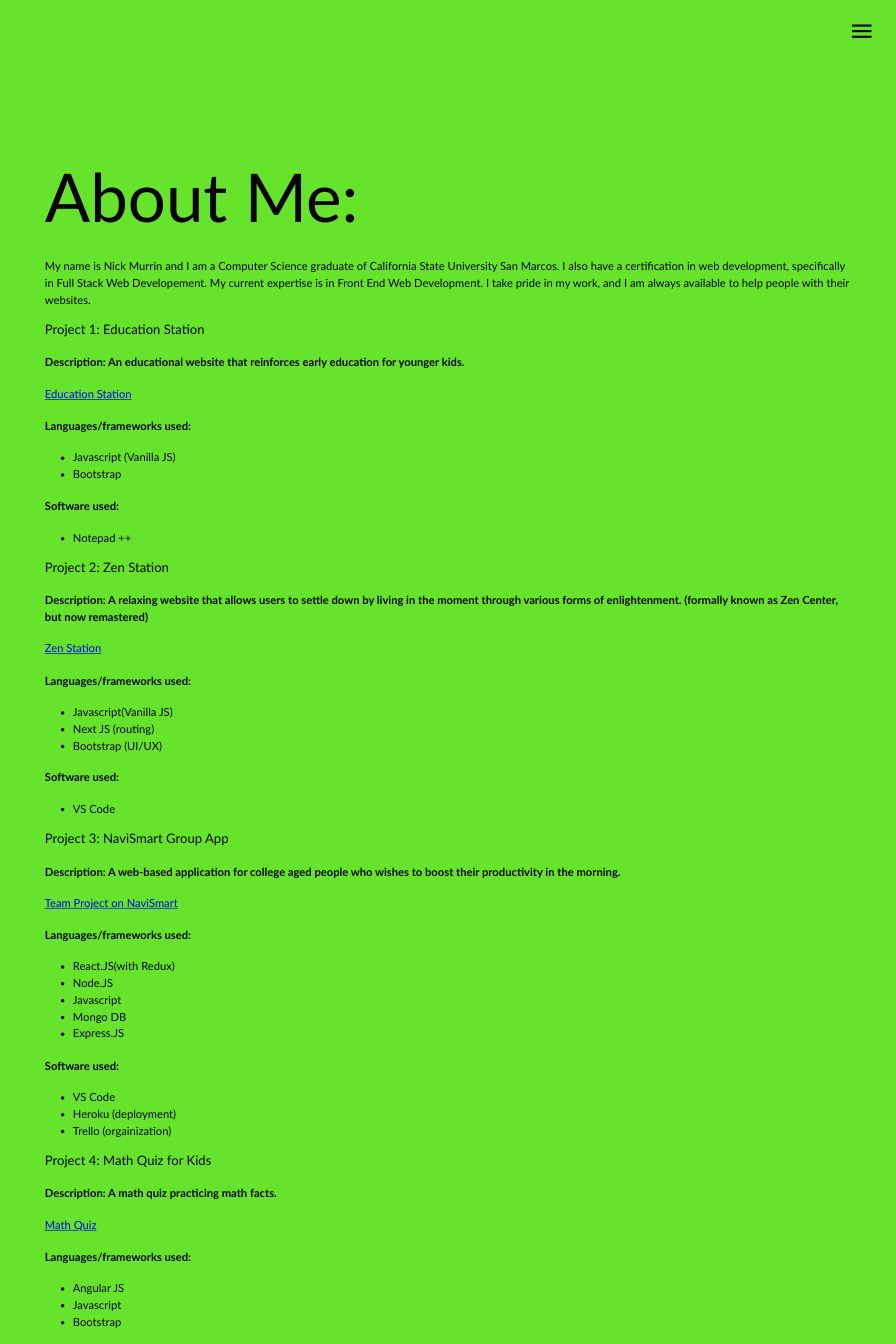
Repository: collegedude9300/modernport
Page: about.html
The author's editor kept a copy of each file at every save. The page is drawn from the files as they stood at one save, then again after the next save.
The browser window is 1280 px wide. The pictures show the part of the page from y = 0 to 1920 px (the page is 3246 px tall before and 3296 px after), at 70% of full size.

Above is the page before, as saved 2023-05-28 14:13:45.

### about.html
<!DOCTYPE html>
<html lang="en">
<head>
  <meta charset="UTF-8">
  <meta name="viewport" content="width=device-width, initial-scale=1.0">
  <meta http-equiv="X-UA-Compatible" content="ie=edge">
  <link rel="stylesheet" href="css/main.css">
  <title>Portfolio</title>
</head>
<body>
<header>
<div class="menu-btn">
<div class="btn-line"></div>
<div class="btn-line"></div>
<div class="btn-line"></div>
</div>

<nav class="menu">
<div class="menu-branding">
<div class="portrait"></div>
</div>

<ul class="menu-nav">
<li class="nav-item">
<a href="index.html" class="nav-link">
Home
</a>
</li>

<li class="nav-item current">
<a href="about.html" class="nav-link">
About Me
</a>
</li>



<li class="nav-item">
<a href="contact.html" class="nav-link">
Contact Me
</a>
</li>
</ul>
</nav>
</header>
<main id="home">

<h1 class="lg-heading">
About Me:
</h1>
    <div class="about-info">
      <div class="bio">
        <p>My name is Nick Murrin and I am a Computer Science graduate of California State University San Marcos.
        I also have a certification in web development, specifically in Full Stack Web Developement.
        My  current expertise is in Front End Web Development.
        I take pride in my  work, and I am always available to help people with their websites.
        </p>
      </div>
      <div class="project1">
        <h3>Project 1: Education Station </h3>
        <h4>Description: An educational website that reinforces early education for younger kids.</h4>
        <a href="https://educationstation.vercel.app/ "/>Education Station </a>
<h4> Languages/frameworks used: </h4>
<ul>
  <li>Javascript (Vanilla JS)</li>
  <li>Bootstrap</li>
</ul>
<h4> Software used: </h4>
<ul>
<li> Notepad ++  </li>
</ul>
      </div>
      <div class="project2">
        <h3>Project 2: Zen Station</h3>
        <h4>Description: A relaxing website that allows users to settle down by living in the moment through various forms of enlightenment.
          (formally known as Zen Center, but now remastered)</h4>
        <a href="https://zenstationnext.vercel.app/"/> Zen Station </a>
<h4> Languages/frameworks used: </h4>
<ul>
  <li>Javascript(Vanilla JS)</li>
  <li>Next JS (routing)</li>
  <li>Bootstrap (UI/UX)</li>
</ul>
<h4> Software used: </h4>
<ul>
<li> VS Code  </li>
</ul>
      </div>
      <div class="project3">
        <h3>Project 3: NaviSmart Group App</h3>
        <h4>Description: A web-based application for college aged people who wishes to boost their productivity in the morning.
        </h4>
        <a href="https://github.com/Willhanau/FigNeutrons">Team Project on NaviSmart</a>
 <h4> Languages/frameworks used: </h4>
<ul>
  <li>React.JS(with Redux)</li>
  <li>Node.JS</li>
  <li>Javascript</li>
  <li> Mongo DB  </li>
  <li>Express.JS</li>
</ul>
<h4> Software used: </h4>
<ul>
<li> VS Code  </li>
<li> Heroku (deployment)  </li>
<li> Trello (orgainization)  </li>
</ul>
</div>

<div class="project4">
        <h3>Project 4: Math Quiz for Kids</h3>
        <h4>Description: A math quiz practicing math facts.</h4>
        <a href="https://mathquiz-sigma.vercel.app/"/> Math Quiz </a>
<h4> Languages/frameworks used: </h4>
<ul>
  <li>Angular JS</li>
  <li>Javascript</li>
  <li>Bootstrap</li>
</ul>
<h4> Software used: </h4>
<ul>
<li> VS Code  </li>
</ul>
      </div>
</div>
<div class="project5">
        <h3>Project 5: GoldenCities: Mobile Application</h3>
        <h4>Description: Made for the user to look up a city where he/she wants to go by first selecting a continent and a popular city from that continent.</h4>
        <a href="https://github.com/collegedude9300/goldencity"/> Golden Cities </a>
<h4> Languages/frameworks used: </h4>
<ul>
  <li>C#</li>
  <li>Xamarian Forms</li>
</ul>
<h4> Software used: </h4>
<ul>
<li> Xcode  </li>
</ul>
      </div>
</div>
<div class="project6">
  <h3>Project 6: AccelerRead</h3>
  <h4>Description: Reading website that tests to see where struggling readers are,
and helps them to practice their reading comprehension and vocabulary skills.
 It's good for people with learning disabilities, Autism, Asperger's, and other.</h4>
  <a href="https://accelerread.vercel.app/"/> AccelerRead </a>
<h4> Languages/frameworks used: </h4>
<ul>
<li>HTML/CSS</li>
<li>Javascript</li>
</ul>
<h4> Software used: </h4>
<ul>
<li> VS Code  </li>
</ul>
</div>
</div>
<div class="project7">
  <h3>Project 7: Zen College</h3>
  <h4>Description: A template for creating a generic college form. Zen College is a college for people with the Zen Buddhist mindset.</h4>
  <a href="https://zenschool.vercel.app/"/> Zen College </a>
<h4> Languages/frameworks used: </h4>
<ul>
  <li>Javascript(Vanilla JS)</li>
  <li>Next JS (routing)</li>
  <li>Bootstrap (UI/UX)</li>
</ul>
<h4> Software used: </h4>
<ul>
<li> VS Code  </li>
</ul>
</div>
</div>
<h3> Projects coming soon: (Mid 2023)      </h3>
<ul>
  <li> Diet and Wellness Blog- a blog containing series of different tidbits to help people maintain a better understanding of health and fitness</li>
</ul>
</main>
  <footer id="main-footer">
  Copyright &copy; 2023
  Developed and designed by Nick Murrin
  </footer>
<script src="js/main.js"> </script>
</body>
</html>

### css/main.css
.menu-btn {
  position: absolute;
  z-index: 3;
  right: 35px;
  top: 35px;
  cursor: pointer;
  transition: all 0.5s ease-out; }
  .menu-btn .btn-line {
    width: 28px;
    height: 3px;
    margin: 0 0 5px 0;
    background: #000;
    transition: all 0.5s ease-out; }
  .menu-btn.close {
    transform: rotate(180deg); }
    .menu-btn.close .btn-line:nth-child(1) {
      transform: rotate(45deg) translate(5px, 5px); }
    .menu-btn.close .btn-line:nth-child(2) {
      opacity: 0; }
    .menu-btn.close .btn-line:nth-child(3) {
      transform: rotate(-45deg) translate(7px, -6px); }

.menu {
  position: fixed;
  top: 0;
  width: 100%;
  opacity: 0.9;
  visibility: hidden; }
  .menu.show {
    visibility: visible; }
  .menu-branding, .menu-nav {
    display: flex;
    flex-flow: column wrap;
    align-items: center;
    justify-content: center;
    float: left;
    width: 50%;
    height: 100vh;
    overflow: hidden; }
  .menu-nav {
    margin: 0;
    padding: 0;
    background: #f6a205;
    list-style: none;
    transform: translate3d(0, -100%, 0);
    transition: all 0.5s ease-out; }
    .menu-nav.show {
      transform: translate3d(0, 0, 0); }
  .menu-branding {
    background: #faac1b;
    transform: translate3d(0, 100%, 0);
    transition: all 0.5s ease-out; }
    .menu-branding.show {
      transform: translate3d(0, 0, 0); }
    .menu-branding .portrait {
      width: 250px;
      height: 250px; }
  .menu .nav-item {
    transform: translate3d(600px, 0, 0);
    transition: all 0.5s ease-out; }
    .menu .nav-item.show {
      transform: translate3d(0, 0, 0); }
  .menu .nav-link {
    display: inline-block;
    position: relative;
    font-size: 30px;
    text-transform: uppercase;
    padding: 1rem 0;
    font-weight: 300;
    color: #000;
    text-decoration: none;
    transition: all 0.5s ease-out; }

.nav-item:nth-child(1) {
  transition-delay: 0.1s; }

.nav-item:nth-child(2) {
  transition-delay: 0.2s; }

.nav-item:nth-child(3) {
  transition-delay: 0.3s; }

.nav-item:nth-child(4) {
  transition-delay: 0.4s; }

@media screen and (min-width: 1171px) {
  .projects {
    grid-template-columns: repeat(4, 1fr); } }

@media screen and (min-width: 769px) and (max-width: 1170px) {
  .projects {
    grid-template-columns: repeat(3, 1fr); } }

@media screen and (max-width: 768px) {
  main {
    align-items: center;
    text-align: center; }
    main .lg-heading {
      line-height: 1;
      margin-bottom: 1rem; }
  ul.menu-nav,
  div.menu-branding {
    float: none;
    width: 100%;
    min-height: 0; }
    ul.menu-nav.show,
    div.menu-branding.show {
      transform: translate3d(0, 0, 0); }
  .menu-nav {
    height: 75vh;
    transform: translate3d(-100%, 0, 0);
    font-size: 24px; }
  .menu-branding {
    height: 25vh;
    transform: translate3d(100%, 0, 0); }
    .menu-branding .portrait {
      width: 150px;
      height: 150px; }
  .about-info {
    grid-template-areas: 'bioimage'
 'bio'
 'job1'
 'job2'
 'job3';
    grid-template-columns: 1fr; }
  .projects {
    grid-template-columns: repeat(2, 1fr); } }

@media screen and (max-width: 500px) {
  main {
    padding: 2rem; }
    main #home h1 {
      margin-top: 10vh; }
    main .lg-heading {
      margin-top: 1rem;
      font-size: 5rem; }
  .projects {
    grid-template-columns: 1fr; } }

* {
  box-sizing: border-box; }

body {
  background: #66e42c;
  color: #0a0303;
  height: 100%;
  margin: 0;
  font-family: 'Trebuchet MS', 'Lucida Sans Unicode', 'Lucida Grande', 'Lucida Sans', Arial, sans-serif;
  line-height: 1.5; }

.transition1 {
  width: 150px;
  height: 150px;
  background: red;
  transition: width 3s; }

.transition2 {
  width: 150px;
  height: 150px;
  background: #12e7ee;
  transition: width 3s; }

.transition3 {
  width: 150px;
  height: 150px;
  background: #e7d918;
  transition: width 3s; }

.transition4 {
  width: 150px;
  height: 150px;
  background: rgba(238, 150, 18, 0.753);
  transition: width 3s; }

.myTitle {
  padding: 50px;
  margin: 20px;
  font-size: 30px;
  font-family: Cambria, Cochin, Georgia, Times, 'Times New Roman', serif;
  color: #1133ca; }

h1, h2, h3 {
  margin: 0;
  font-weight: 400; }

.lg-heading {
  font-size: 6rem; }

header {
  position: relative;
  z-index: 2; }

main {
  padding: 4rem;
  height: 100%; }
  main#home {
    overflow: hidden; }
  main h1 {
    margin-top: 20vh; }

### js/main.js
// Select DOM Items
const menuBtn = document.querySelector('.menu-btn');
const menu = document.querySelector('.menu');
const menuNav = document.querySelector('.menu-nav');
const menuBranding = document.querySelector('.menu-branding');
const navItems = document.querySelectorAll('.nav-item');

// Set Initial State Of Menu
let showMenu = false;

menuBtn.addEventListener('click', toggleMenu);

function toggleMenu() {
  if (!showMenu) {
    menuBtn.classList.add('close');
    menu.classList.add('show');
    menuNav.classList.add('show');
    menuBranding.classList.add('show');
    navItems.forEach(item => item.classList.add('show'));

    // Set Menu State
    showMenu = true;
  } else {
    menuBtn.classList.remove('close');
    menu.classList.remove('show');
    menuNav.classList.remove('show');
    menuBranding.classList.remove('show');
    navItems.forEach(item => item.classList.remove('show'));

    // Set Menu State
    showMenu = false;
  }
}

After the next save:
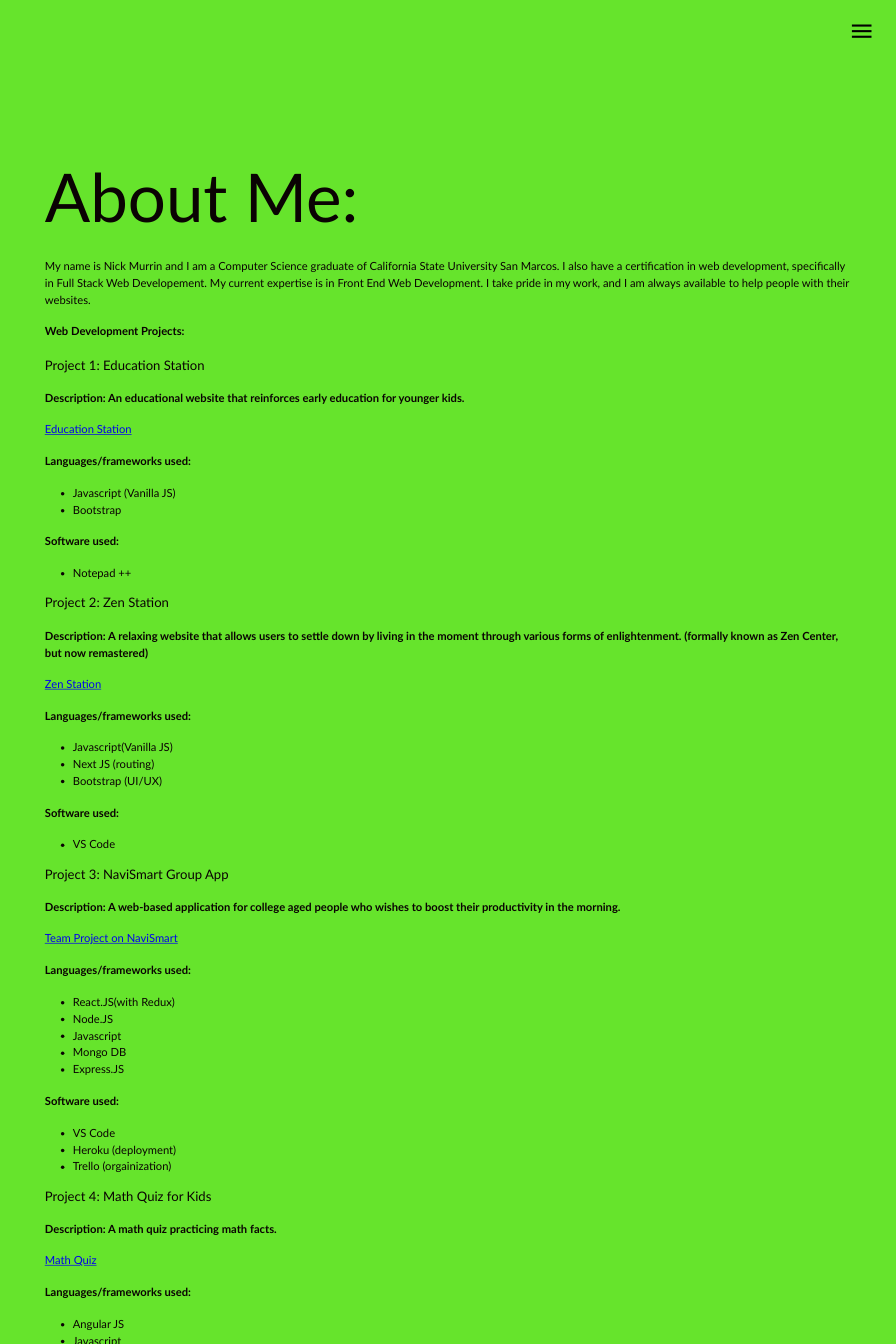
Saved 95 s later.
--- a/about.html
+++ b/about.html
@@ -55,6 +55,7 @@ About Me:
         My  current expertise is in Front End Web Development.
         I take pride in my  work, and I am always available to help people with their websites.
         </p>
+        <h4>  Web Development Projects:</h4>
       </div>
       <div class="project1">
         <h3>Project 1: Education Station </h3>
@@ -136,7 +137,7 @@ About Me:
 <ul>
 <li> Xcode  </li>
 </ul>
-      </div>
+</div>
 </div>
 <div class="project6">
   <h3>Project 6: AccelerRead</h3>
